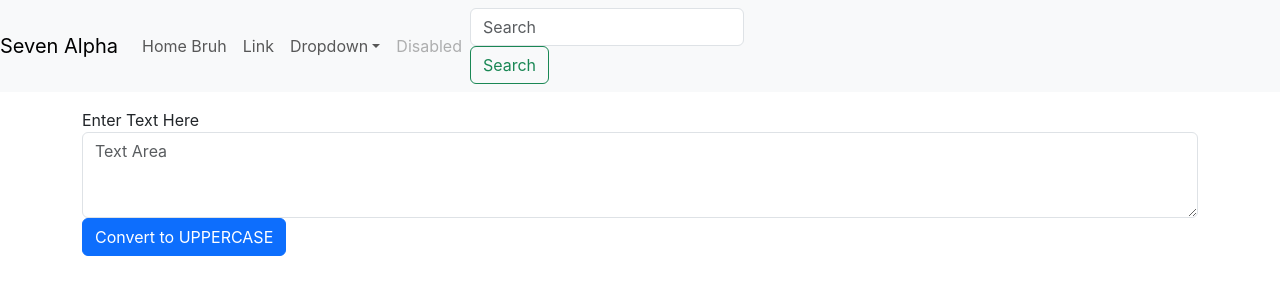
Repository: Shubham-tawar/Text-editor
Page: /
An editor plug-in stored every save of this project. The page is shown before and after a run of saves, followed by the edit.
The browser window is 1280 px wide. The pictures show the whole page.
The project was rebuilt for these pictures with package versions that can differ from the ones it lists, and the page was loaded fresh each time. Also part of the build but not shown: src/App.css.

Above is the page before, as saved 2025-07-05 16:57:18.

After the next 4 saves:
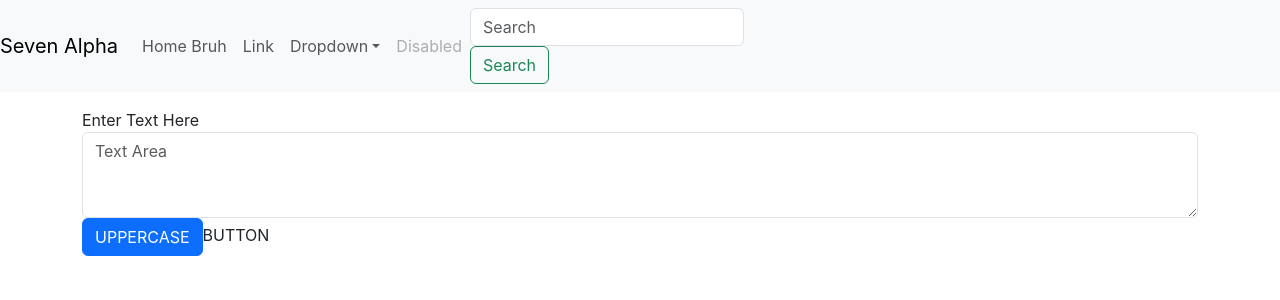
The 4 saves are shown as one change because they came seconds apart.
The last was saved 10 s later.
--- a/src/components/Textform.js
+++ b/src/components/Textform.js
@@ -8,7 +8,8 @@ export default function Textform(props) {
         <div class="form-group">
             <label for="exampleFormControlTextarea1">{props.heading}</label>
             <textarea class="form-control" id="exampleFormControlTextarea1" rows="3" placeholder='Text Area'></textarea>
-            <button className="btn btn-primary">Convert to UPPERCASE</button>
+            <button className="btn btn-primary">UPPERCASE</button>
+            BUTTON
         </div>
     </form>
   )
